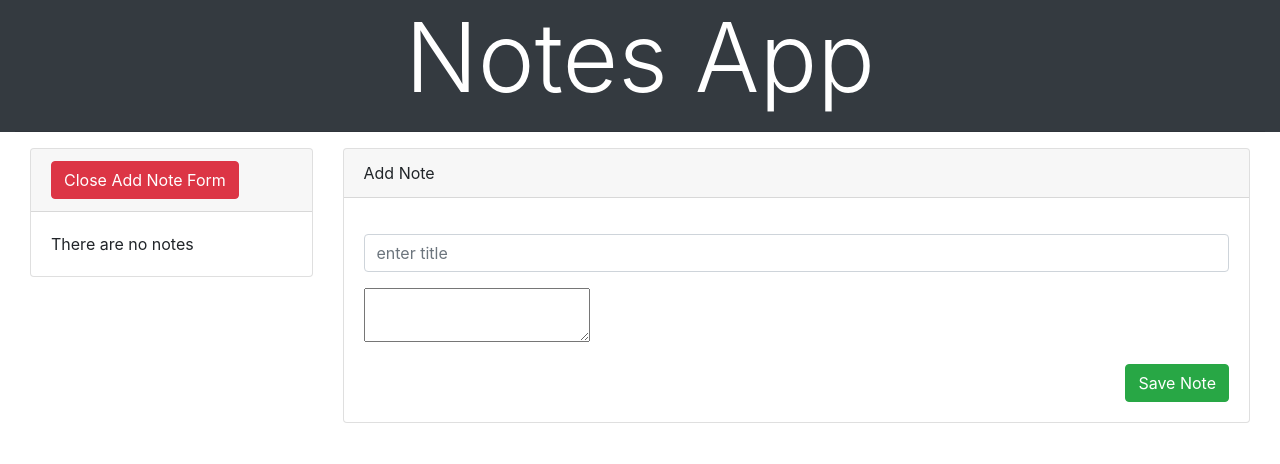
Repository: BenoitCoteGaspe/reactNote
Page: /note
The author's editor kept a copy of each file at every save. The page is drawn from the files as they stood at one save, then again after the next save.
The browser window is 1280 px wide. The pictures show the whole page.
The project was rebuilt for these pictures with package versions that can differ from the ones it lists, and the page was loaded fresh each time. Also part of the build but not shown: src/NoteView.js.

Above is the page before, as saved 2022-03-18 20:28:19.

After the next save:
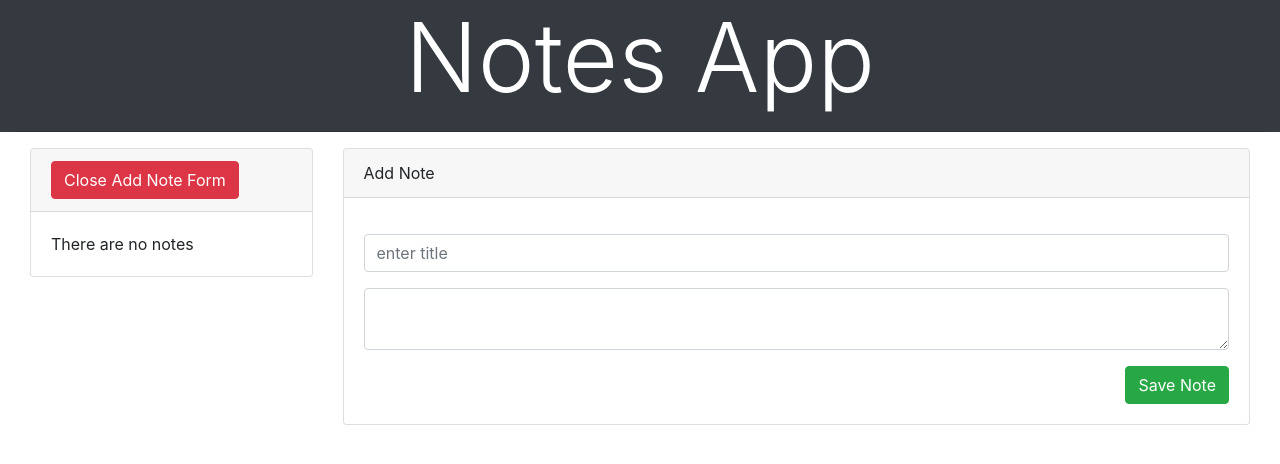
Saved 81 s later.
--- a/src/NoteForm.js
+++ b/src/NoteForm.js
@@ -100,6 +100,7 @@ class NoteForm extends Component {
                                       defaultValue={this.props.note.title}
                                       placeholder="enter title"/></p>
                         <textarea
+                            className='form-control'
                             id="myTextarea"
                             ref={description => this.description = description}
                         />
